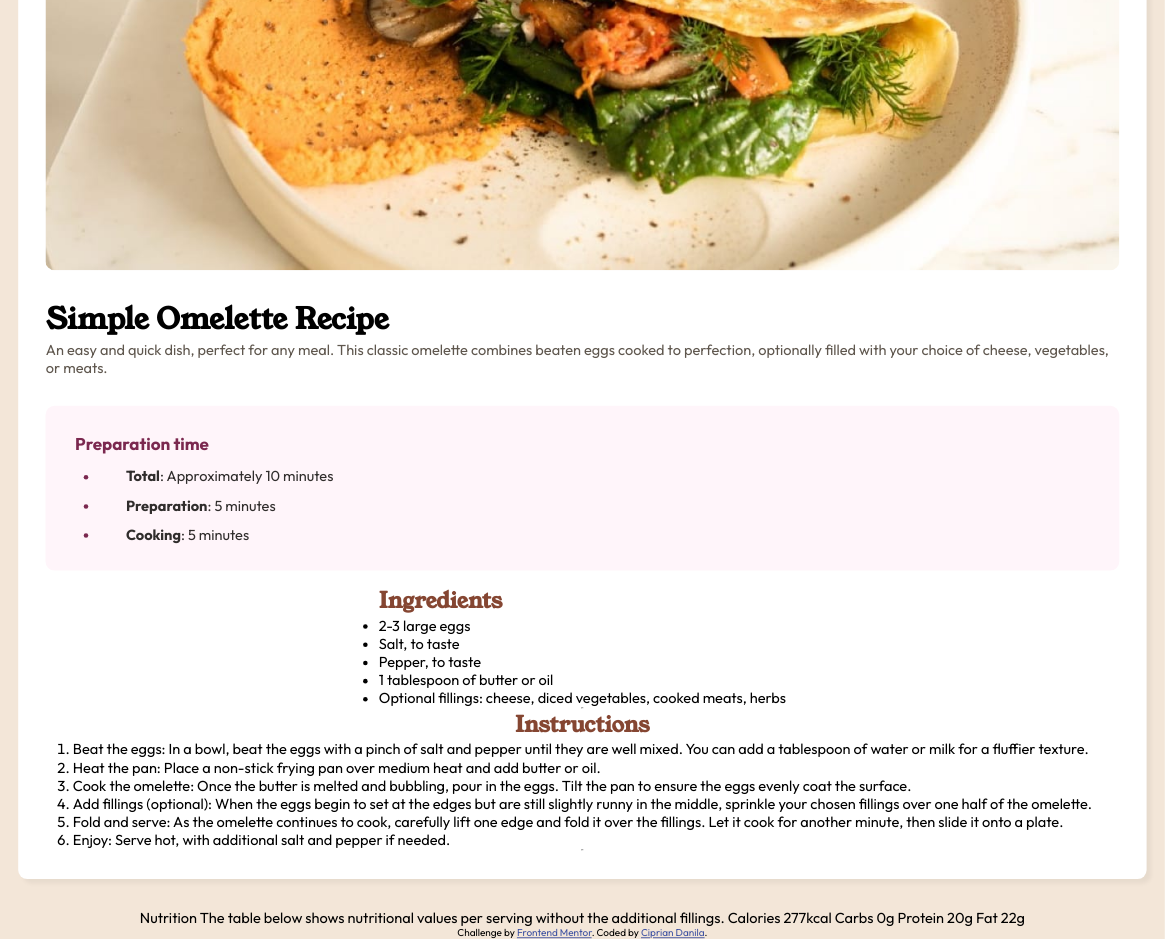
Repository: cipdanila/recipe-page
Page: index.html
The author's editor kept a copy of each file at every save. The page is drawn from the files as they stood at one save, then again after the next save.
The browser window is 1280 px wide. The pictures show the whole page, at 91% of full size.

Above is the page before, as saved 2024-01-21 17:09:51.

After the next save:
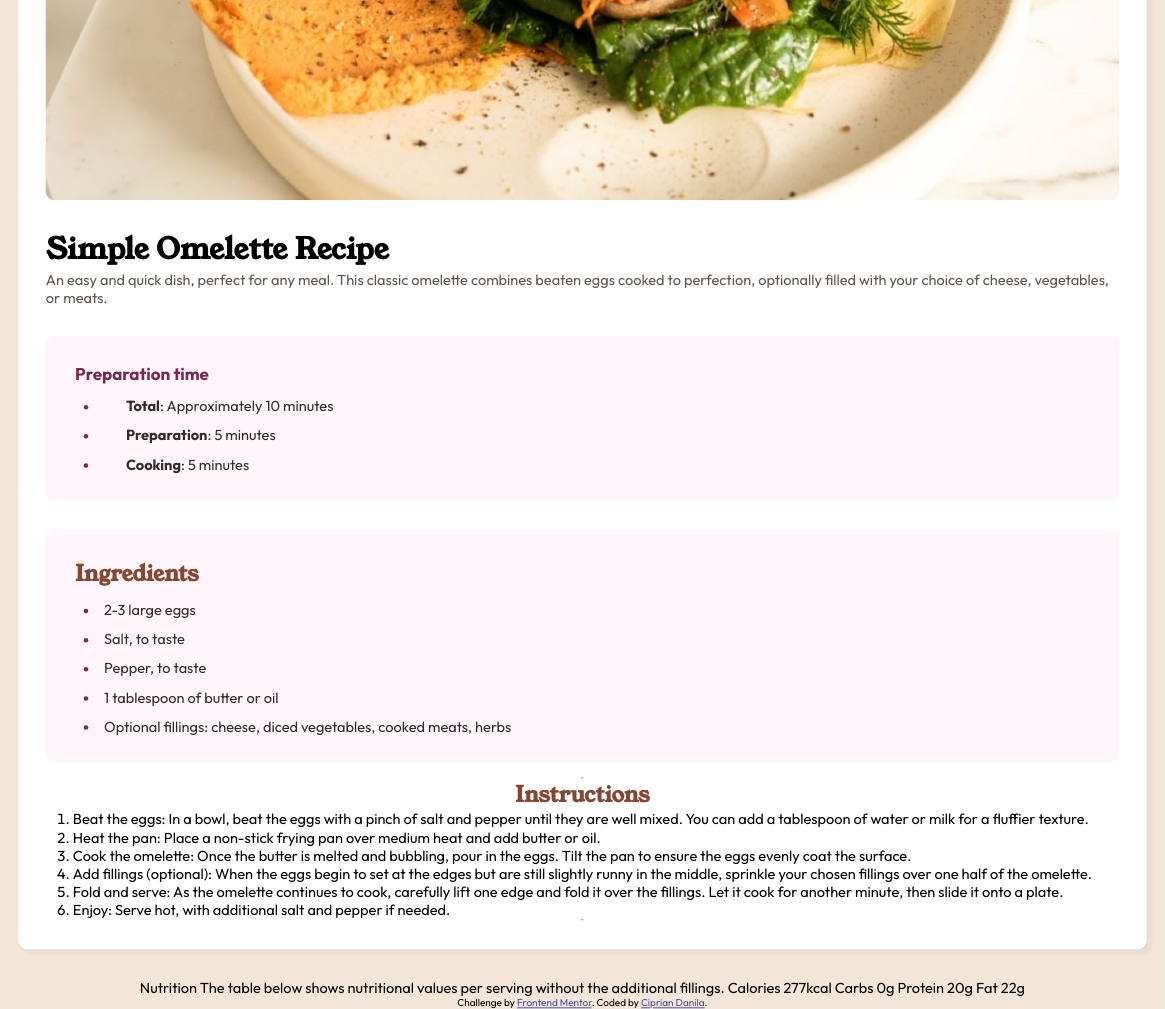
Saved 76 s later.
--- a/styles.css
+++ b/styles.css
@@ -110,6 +110,37 @@
     margin-left: 1.5rem;
 }
 
+.ingredients-container {
+    width: 100%;
+    display: flex;
+    flex-direction: column;
+    align-items: flex-start;
+    background-color: var(--rose-white);
+    border-radius: 0.625rem;
+    margin: 1rem auto 1rem;
+    padding: 1.5rem 2rem;
+    line-height: 2;
+}
+
+.ingredients-container ul {
+    list-style-position: inside;
+    padding-left: 10px;
+}
+
+.ingredients-container ul li::marker {
+    color: var(--dark-raspberry);
+}
+
+.ingredients-container ul li {
+    color: var(--dark-charcoal);
+}
+
+.ingredients-container ul li span {
+    font-weight: 700;
+    color: var(--dark-charcoal);
+    margin-left: 1.5rem;
+}
+
 .attribution {
     font-size: 11px;
     text-align: center;
